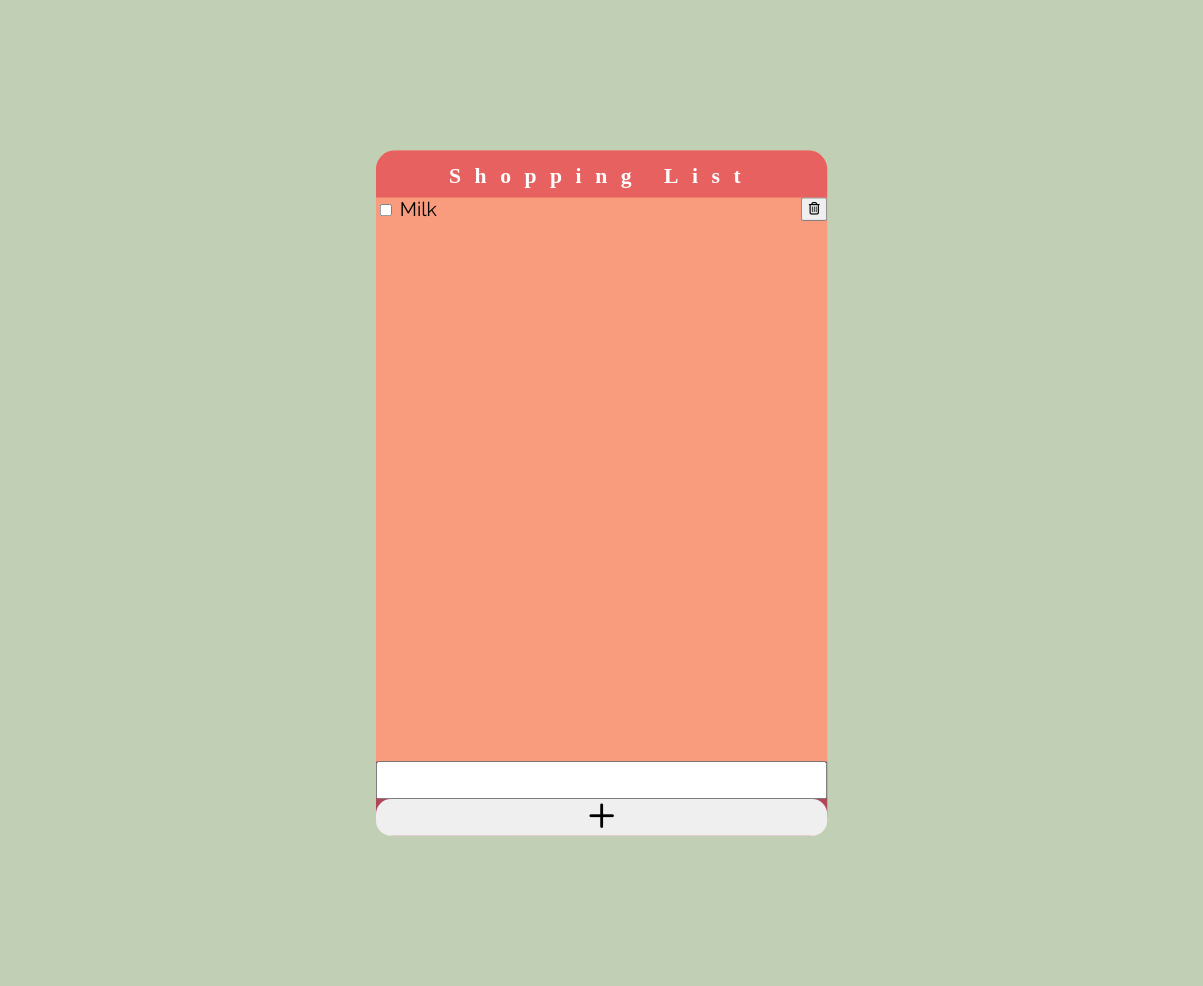
Repository: sephinejo/shopping-list-app
Page: index.html
The author's editor kept a copy of each file at every save. The page is drawn from the files as they stood at one save, then again after a run of saves.
The browser window is 1280 px wide. The pictures show the whole page, at 94% of full size.
Some web fonts or font styles are not loaded; a fallback is used. Some web libraries are served in a nearby version.

Above is the page before, as saved 2023-05-12 11:07:21.

### index.html
<!DOCTYPE html>
<html lang="en">
  <head>
    <meta charset="UTF-8" />
    <meta http-equiv="X-UA-Compatible" content="IE=edge" />
    <meta name="viewport" content="width=device-width, initial-scale=1.0" />
    <title>Shopping List 🛍️🛒</title>
    <link rel="preconnect" href="https://fonts.googleapis.com" />
    <link rel="preconnect" href="https://fonts.gstatic.com" crossorigin />
    <link
      href="https://fonts.googleapis.com/css2?family=Alice&family=Raleway:wght@400;600;700;800&display=swap"
      rel="stylesheet"
    />
    <script
      src="https://kit.fontawesome.com/9ac80604cb.js"
      crossorigin="anonymous"
    ></script>
    <script src="main.js" defer></script>
    <link rel="stylesheet" href="style.css" />
  </head>
  <body>
    <section class="container">
      <header class="header">Shopping List</header>
      <ul class="items">
        <li class="item__row">
          <div class="item">
            <input id="item__checkbox" name="item__checkbox" type="checkbox" />
            <label for="item__checkbox">Milk</label>
          </div>
          <button><i class="fa-regular fa-trash-can"></i></button>
        </li>
      </ul>
      <footer>
        <input class="input" type="text" />
        <button class="footer__button">
          <i class="fa-regular fa-plus"></i>
        </button>
      </footer>
    </section>
  </body>
</html>

### style.css
* {
  box-sizing: border-box;
}

body {
  text-align: center;
  background-color: #c1d0b5;
}

.container {
  margin: 10rem auto;
  width: 30rem;
  background-color: #f99b7d;
  border-radius: 20px;
}

.header {
  height: 50px;
  padding: 15px;
  font-family: 'Alice';
  font-size: 23px;
  font-weight: 700;
  color: white;
  letter-spacing: 0.9rem;
  background: #e76161;
  border-radius: 20px 20px 0 0;
}

.items {
  height: 600px;
  overflow-y: auto;
  margin: 0;
  padding: 0;
}

.item__row {
  list-style: none;
  display: flex;
  justify-content: space-between;
  font-size: 1.3rem;
  font-family: 'Raleway';
  font-weight: 500;
}

footer {
  background: #b04759;
  display: flex;
  flex-direction: column;
  border-radius: 0 0 20px 20px;
}

.input {
  height: 40px;
  outline: none;
  font-size: 1.4rem;
}

.footer__button {
  border-style: none;
  border-radius: 1rem;
  cursor: pointer;
  font-size: 2rem;
}

Loaded but not shown: main.js (no copy from this time; the picture is the same without it)

After the next 4 saves:
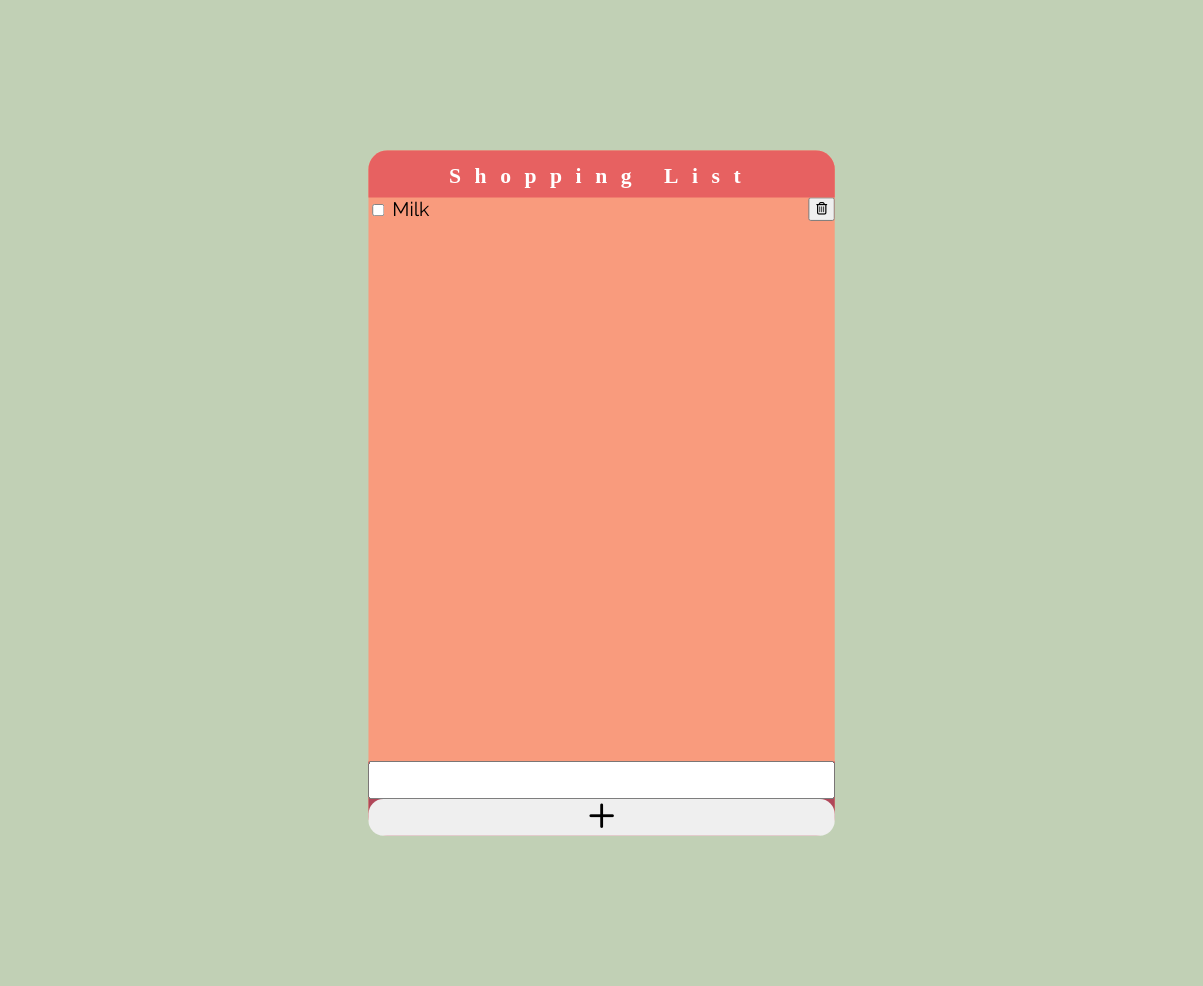
The 4 saves are shown as one change because they came seconds apart.
The last was saved 13 s later.
--- a/style.css
+++ b/style.css
@@ -9,7 +9,7 @@
 
 .container {
   margin: 10rem auto;
-  width: 30rem;
+  width: 31rem;
   background-color: #f99b7d;
   border-radius: 20px;
 }

After the save that followed:
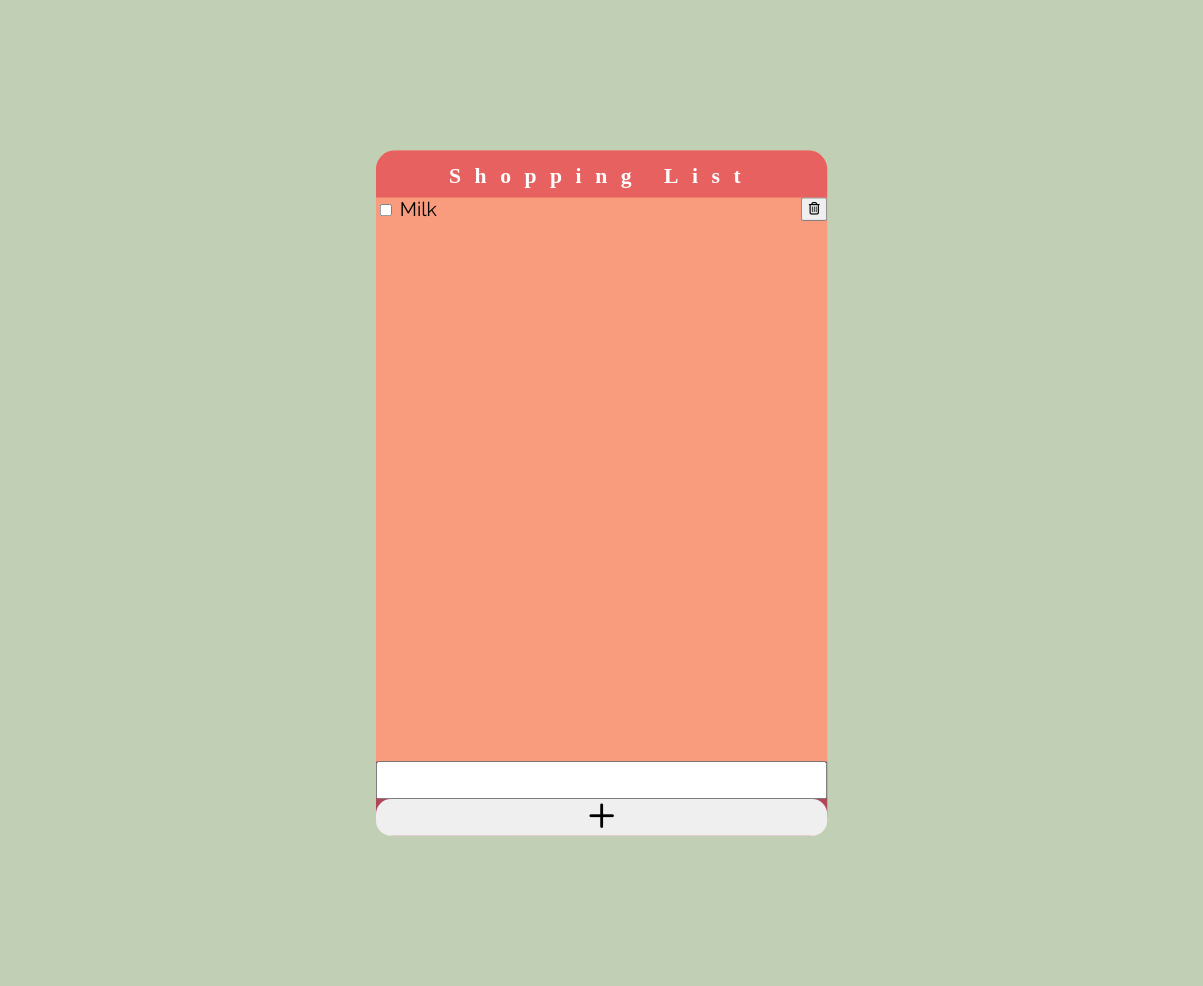
Saved 5 s later.
--- a/style.css
+++ b/style.css
@@ -9,7 +9,7 @@
 
 .container {
   margin: 10rem auto;
-  width: 31rem;
+  width: 30rem;
   background-color: #f99b7d;
   border-radius: 20px;
 }
